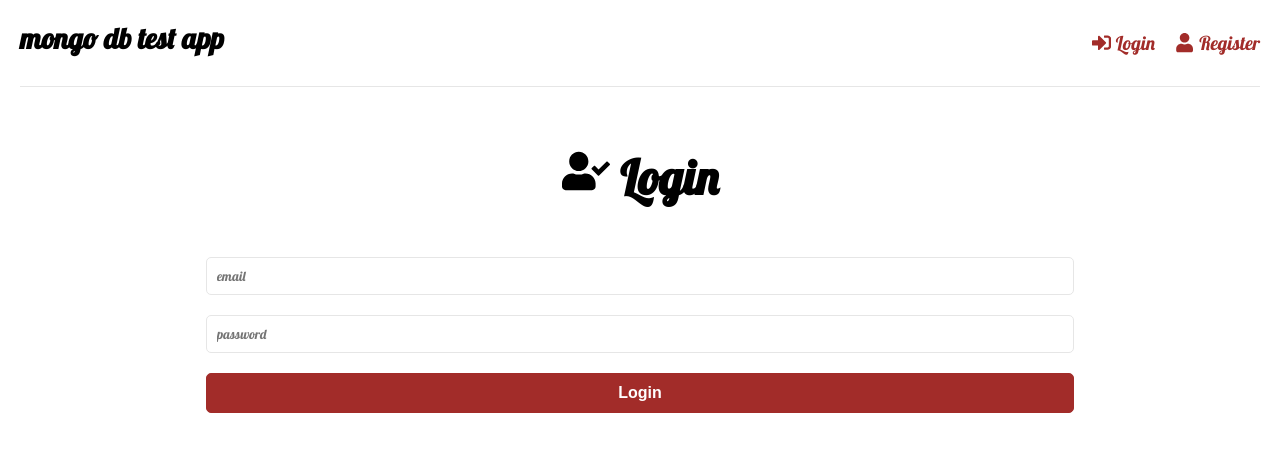
Repository: halilhaninan/MERNSTACK-Note-App
Page: / (app in frontend/)
An editor plug-in stored every save of this project. The page is shown before and after a run of saves, followed by the edit.
The browser window is 1280 px wide. The pictures show the whole page.
The project was rebuilt for these pictures with package versions that can differ from the ones it lists, and the page was loaded fresh each time. Also part of the build but not shown: frontend/src/Components/Spinner.jsx, frontend/src/Components/Not.jsx, frontend/src/pages/Register.jsx, frontend/src/features/counter/counterSlice.js, frontend/src/features/counter/counter.js, frontend/src/App.css.

Above is the page before, as saved 2022-09-03 10:48:49.

### frontend/src/index.js
import React from "react";
import ReactDOM from "react-dom";
import "./index.css";
import App from "./App";

import { store } from "./app/store";
import { Provider } from "react-redux";

// import { createStore } from "redux";
// import { Provider } from "react-redux";
// import butunRreducerler from "./reducers";

// const hesapla = (state = 0, action) => {
//   switch (action.type) {
//     case "topla":
//       return state + 1;
//     case "cikar":
//       return state - 1;
//     default:
//       return state;
//   }
// };

// let store = createStore(
//   butunRreducerler,
//   window.__REDUX_DEVTOOLS_EXTENSION__ && window.__REDUX_DEVTOOLS_EXTENSION__()
// );

// store.subscribe(() => console.log(store.getState()));
//const root = ReactDOM.createRoot(document.getElementById("root"));
ReactDOM.render(
  <Provider store={store}>
    <App />
  </Provider>,
  document.getElementById("root")
);

// If you want to start measuring performance in your app, pass a function
// to log results (for example: reportWebVitals(console.log))
// or send to an analytics endpoint. Learn more: https://bit.ly/CRA-vitals

### frontend/src/index.css
@import url("https://fonts.googleapis.com/css2?family=Lobster&display=swap");

* {
  margin: 0;
  padding: 0;
  box-sizing: border-box;
}

body {
  font-family: "Lobster", cursive;
  height: 100vh;
  font-size: larger;
}

a {
  text-decoration: none;
  color: #000;
}

p {
  line-height: 1.7;
}

ul {
  list-style: none;
}

li {
  line-height: 2.2;
}

h1,
h2,
h3 {
  font-weight: 600;
  margin-bottom: 10px;
}

.container {
  width: 100%;
  max-width: 1500px;
  margin: 0 auto;
  padding: 0 20px;
  text-align: center;
}

.header {
  display: flex;
  justify-content: space-between;
  align-items: center;
  padding: 20px 0;
  border-bottom: 1px solid #e6e6e6;
  margin-bottom: 60px;
}

.header ul {
  display: flex;
  align-items: center;
  justify-content: space-between;
}

.header ul li {
  margin-left: 20px;
}

.header ul li a {
  display: flex;
  align-items: center;
  color: #a22c29;
}

.header ul li a:hover {
  color: #f27059;
}

.header ul li a svg {
  margin-right: 5px;
}

.heading {
  font-size: 2rem;
  font-weight: 700;
  margin-bottom: 50px;
  padding: 0 20px;
}

.heading p {
  color: #828282;
}

.notlar {
  display: grid;
  grid-template-columns: repeat(3, 1fr);
  gap: 10px;
}

.not {
  background-color: #f4f4f4;
  margin: 10px 0;
  padding: 20px 0 10px;
  position: relative;
}

.not .close {
  position: absolute;
  top: 10px;
  right: 15px;
  cursor: pointer;
  border: none;
  background: none;
}

.form,
.content {
  width: 70%;
  margin: 0 auto;
}

.form-group {
  margin-bottom: 10px;
}

.form-group input,
.form-group textarea,
.form-group select {
  width: 100%;
  padding: 10px;
  border: 1px solid #e6e6e6;
  border-radius: 5px;
  margin-bottom: 10px;
  font-family: inherit;
}

.form-group label {
  text-align: left;
  display: block;
  margin: 0 0 5px 3px;
}

.btn {
  padding: 10px 20px;
  border: 1px solid #a22c29;
  border-radius: 5px;
  background: #a22c29;
  color: #fff;
  font-size: 16px;
  font-weight: 700;
  cursor: pointer;
  text-align: center;
  appearance: button;
  display: flex;
  align-items: center;
  justify-content: center;
}

.btn svg {
  margin-right: 8px;
}

.btn-reverse {
  background: #fff;
  color: #000;
}

.btn-block {
  width: 100%;
  margin-bottom: 20px;
}

.btn-add {
  background: #34a0a4 !important;
  border: 1px solid #34a0a4;
}

.btn:hover {
  transform: scale(0.98);
}

.loadingSpinnerContainer {
  position: fixed;
  top: 0;
  right: 0;
  bottom: 0;
  left: 0;
  background-color: rgba(0, 0, 0, 0.5);
  z-index: 5000;
  display: flex;
  justify-content: center;
  align-items: center;
}

.loadingSpinner {
  width: 64px;
  height: 64px;
  border: 8px solid;
  border-color: #000 transparent #555 transparent;
  border-radius: 50%;
  animation: spin 1.2s linear infinite;
}

@keyframes spin {
  0% {
    transform: rotate(0deg);
  }
  100% {
    transform: rotate(360deg);
  }
}

@media (max-width: 960px) {
  .notlar {
    grid-template-columns: repeat(2, 1fr);
  }
}

@media (max-width: 600px) {
  .form {
    width: 90%;
  }

  .heading h1 {
    font-size: 2rem;
  }

  .heading p {
    font-size: 1.5rem;
  }

  .notlar {
    grid-template-columns: repeat(1, 1fr);
  }
}

### frontend/src/App.js
import { BrowserRouter as Router, Routes, Route } from "react-router-dom";
import Header from "./Components/Header";
import Dashboard from "./pages/Dashboard";
import Login from "./pages/Login";
import Register from "./pages/Register";

// import { useSelector, useDispatch } from "react-redux";
// import { girisYap, topla, cikar } from "./actions";

import { ToastContainer } from "react-toastify";
import "react-toastify/dist/ReactToastify.css";
import Counter from "./features/counter/counter";
import "./App.css";

function App() {
  // return (
  //   <div>
  //     <Counter />
  //   </div>
  // );
  return (
    <>
      <Router>
        <div className="container">
          <Header></Header>
          <Routes>
            <Route path="/" element={<Dashboard />} />
            <Route path="/register" element={<Register />} />
            <Route path="/login" element={<Login />} />
          </Routes>
        </div>
      </Router>
      <ToastContainer />
    </>
  );
  //
  //
  //
  // const giris = useSelector((state) => state.giris);
  // const hesapla = useSelector((state) => state.hesapla);
  // const dispatch = useDispatch();
  // return (
  //   <div className="app">
  //     {giris ? (
  //       <>
  //         {hesapla}
  //         <button onClick={() => dispatch(topla())}>+</button>
  //         <button onClick={() => dispatch(cikar())}>-</button>
  //       </>
  //     ) : (
  //       <>
  //         <h3>please sign in</h3>
  //         <button onClick={() => dispatch(girisYap())}>sign in</button>
  //       </>
  //     )}
  //   </div>
  // );
}

export default App;

### frontend/src/app/store.js
import { configureStore } from "@reduxjs/toolkit";

import authReducer from "../features/auth/authSlice";
import notReducer from "../features/data/dataSlice";

export const store = configureStore({
  reducer: {
    auth: authReducer,
    notlar: notReducer,
  },
});

// yeni not olustururken altta olan kod gibi dataslice olustur sonra store.js den import et reducer ile tanimla ++ data service olusturuluyor

// import { createSlice, createAsyncThunk } from "@reduxjs/toolkit";

// const initialState = {
//   notlar: [],
//   isHata: false,
//   isBasari: false,
//   isYkleniyor: false,
//   mesaj: "",
// };

// export const notSlice = createSlice({
//   name: "notlar",
//   initialState,
//   reducers: {
//     reset: (state) => initialState,
//   },
// });

// export const { reset }  = notSlice.actions;
// export default notSlice.reducer;

### frontend/src/Components/Header.jsx
import React from "react";
import { FaSignInAlt, FaSignOutAlt, FaUser, FaPen } from "react-icons/fa";
import { Link, useNavigate } from "react-router-dom";
import { useSelector, useDispatch } from "react-redux";
import { logout, reset } from "../features/auth/authSlice";

function Header() {
  const navigate = useNavigate();
  const dispatch = useDispatch();

  const { kullanici } = useSelector((state) => state.auth);

  const onLogout = () => {
    dispatch(logout());
    dispatch(reset());
    navigate("/login");
  };

  return (
    <header className="header">
      <h2>mongo db test app </h2>
      <div className="logo"></div>
      <ul>
        {kullanici ? (
          <>
            <li>
              <Link to="/">
                <FaPen /> Create Note
              </Link>
            </li>
            <li>
              <button className="btn" onClick={onLogout}>
                Logout{" "}
              </button>
            </li>
          </>
        ) : (
          <>
            <li>
              <Link to="/login">
                <FaSignInAlt /> Login
              </Link>
            </li>
            <li>
              <Link to="/register">
                <FaUser /> Register
              </Link>
            </li>
          </>
        )}
      </ul>
    </header>
  );
}

export default Header;

### frontend/src/pages/Dashboard.jsx
import React, { useEffect } from "react";

import { useNavigate } from "react-router-dom";
import { useSelector, useDispatch } from "react-redux";
import NotForm from "../Components/NotForm";
import { notlarGetir, reset } from "../features/data/dataSlice";
import Spinner from "../Components/Spinner";
import Not from "../Components/Not";

function Dashboard() {
  const navigate = useNavigate();
  const dispatch = useDispatch();
  const { kullanici } = useSelector((state) => state.auth);
  const { notlar, isYukleniyor, isHata, isBasari, mesaj } = useSelector(
    (state) => state.notlar
  );

  useEffect(() => {
    if (isHata) {
      console.log(mesaj);
    }

    if (!kullanici) {
      navigate("/login");
      console.log("halilhan");
    }
    dispatch(notlarGetir());
    return () => {
      dispatch(reset());
    };
  }, [kullanici, navigate, isHata, mesaj, dispatch]);

  if (isYukleniyor) {
    <Spinner />;
  }

  return (
    <>
      <section className="heading">
        <h1>Merhaba {kullanici && kullanici.kullaniciAd}</h1>
        <p>add note</p>
      </section>
      <NotForm />
      <section className="content">
        {notlar.length > 0 ? (
          <div className="notlar">
            {notlar.map((not) => (
              <Not key={not._id} not={not} />
            ))}
          </div>
        ) : (
          <h3>henuz not yerletisrmediniz</h3>
        )}
      </section>
    </>
  );
}

export default Dashboard;

### frontend/src/pages/Login.jsx
import React, { useState, useEffect } from "react";

import { FaUserCheck } from "react-icons/fa";
import { useSelector, useDispatch } from "react-redux";
import { useNavigate } from "react-router-dom";
import { toast } from "react-toastify";
import { login, reset } from "../features/auth/authSlice";
import Spinner from "../Components/Spinner";

function Login() {
  const navigate = useNavigate();
  const dispatch = useDispatch();

  const { kullanici, isHata, isBasari, isYukleniyor, mesaj } = useSelector(
    (state) => state.auth
  );

  const [formData, setFormData] = useState({
    email: "",
    parola: "",
  });

  const { email, parola } = formData;

  const onChange = (e) => {
    setFormData((prev) => ({
      ...prev,
      [e.target.name]: e.target.value,
    }));
  };

  const onSubmit = (e) => {
    e.preventDefault();
    // console.log(formData);

    const userData = { email, parola };
    dispatch(login(userData));
  };

  useEffect(() => {
    if (isHata) {
      toast.error(mesaj);
    }
    if (isBasari || kullanici) {
      navigate("/");
    }
  }, [kullanici, isHata, isBasari, mesaj, navigate, dispatch, isYukleniyor]);

  if (isYukleniyor) {
    <Spinner />;
  }

  return (
    <>
      <section className="heading">
        <h1>
          <FaUserCheck /> Login
        </h1>
      </section>
      <section className="form">
        <form onSubmit={onSubmit}>
          <div className="form-group">
            <input
              type="email"
              classname="form-control"
              id="email"
              name="email"
              value={email}
              placeholder="email"
              onChange={onChange}></input>
          </div>
          <div className="form-group">
            <input
              type="password"
              classname="form-control"
              id="parola"
              name="parola"
              value={parola}
              placeholder="password"
              onChange={onChange}></input>
          </div>

          <div className="form-group">
            <button type="submit" className="btn btn-block">
              Login
            </button>
          </div>
        </form>
      </section>
    </>
  );
}

export default Login;

### frontend/src/features/auth/authSlice.js
import { createAsyncThunk, createSlice } from "@reduxjs/toolkit";
import authService from "./authService";

const kullanici = JSON.parse(localStorage.getItem("kullanici"));

const initialState = {
  kullanici: kullanici ? kullanici : null,
  isHata: false,
  isBasari: false,
  isYukleniyor: false,
  mesaj: "",
};

export const register = createAsyncThunk(
  "auth/register",
  async (user, thunkAPI) => {
    try {
      return await authService.register(user);
    } catch (error) {
      const mesaj =
        (error.response &&
          error.response.data &&
          error.response.data.message) ||
        error.message ||
        error.toString();

      return thunkAPI.rejectWithValue(mesaj);
    }
  }
);

export const authSlice = createSlice({
  name: "auth",
  initialState,
  reducers: {
    reset: (state) => {
      state.isHata = false;
      state.isBasari = false;
      state.isYukleniyor = false;
      state.mesaj = "";
    },
  },
  extraReducers: (builder) => {
    builder
      .addCase(register.pending, (state) => {
        state.isYukleniyor = true;
      })
      .addCase(register.fulfilled, (state, action) => {
        state.isYukleniyor = false;
        state.isBasari = true;
        state.kullanici = action.payload;
      })
      .addCase(register.rejected, (state, action) => {
        state.isYukleniyor = false;
        state.isHata = true;
        state.mesaj = action.payload;
        state.kullanici = null;
      }) //
      .addCase(login.pending, (state) => {
        state.isYukleniyor = true;
      })
      .addCase(login.fulfilled, (state, action) => {
        state.isYukleniyor = false;
        state.isBasari = true;
        state.kullanici = action.payload;
      })
      .addCase(login.rejected, (state, action) => {
        state.isYukleniyor = false;
        state.isHata = true;
        state.mesaj = action.payload;
        state.kullanici = null;
      })
      .addCase(logout.fulfilled, (state) => {
        state.kullanici = null;
      });
  },
});

export const logout = createAsyncThunk("auth/logout", async () => {
  await authService.logout();
});

export const login = createAsyncThunk("auth/login", async (user, thunkAPI) => {
  try {
    return await authService.login(user);
  } catch (error) {
    const mesaj =
      (error.response && error.response.data && error.response.data.message) ||
      error.message ||
      error.toString();

    return thunkAPI.rejectWithValue(mesaj);
  }
});

export const { reset } = authSlice.actions;
export default authSlice.reducer;

### frontend/src/features/data/dataSlice.js
import { createSlice, createAsyncThunk } from "@reduxjs/toolkit";
import thunk from "redux-thunk";
import dataService from "./dataService";

const initialState = {
  notlar: [],
  isHata: false,
  isBasari: false,
  isYukleniyor: false,
  mesaj: "",
};

export const notSlice = createSlice({
  name: "notlar",
  initialState,
  reducers: {
    reset: (state) => initialState,
  },
  extraReducers: (builder) => {
    builder
      .addCase(notOlustur.pending, (state) => {
        state.isYukleniyor = true;
      })
      .addCase(notOlustur.fulfilled, (state, action) => {
        state.isYukleniyor = false;
        state.isBasari = true;
        state.notlar.unshift(action.payload);
      })
      .addCase(notOlustur.rejected, (state, action) => {
        state.isYukleniyor = false;
        state.isHata = true;
        state.isBasari = false;
        state.mesaj = action.payload;
      })
      .addCase(notlarGetir.pending, (state) => {
        state.isYukleniyor = true;
      })
      .addCase(notlarGetir.fulfilled, (state, action) => {
        state.isYukleniyor = false;
        state.isBasari = true;
        state.notlar = action.payload;
      })
      .addCase(notlarGetir.rejected, (state, action) => {
        state.isYukleniyor = false;
        state.isBasari = false;
        state.isHata = true;
        state.mesaj = action.payload;
      })
      .addCase(notSil.pending, (state) => {
        state.isYukleniyor = true;
      })
      .addCase(notSil.fulfilled, (state, action) => {
        state.isYukleniyor = false;
        state.isBasari = true;
        state.notlar = state.notlar.filter(
          (not) => not._id !== action.payload.id
        );
      })
      .addCase(notSil.rejected, (state, action) => {
        state.isYukleniyor = false;
        state.isBasari = false;
        state.isHata = true;
        state.mesaj = action.payload;
      });
  },
});

export const notOlustur = createAsyncThunk(
  "notlar/create",
  async (notData, thunkAPI) => {
    try {
      const token = thunkAPI.getState().auth.kullanici.token;
      return await dataService.notOlustur(notData, token);
    } catch (error) {
      const mesaj =
        (error.response &&
          error.response.data &&
          error.response.data.message) ||
        error.message ||
        error.toString();

      return thunkAPI.rejectWithValue(mesaj);
    }
  }
);

export const notlarGetir = createAsyncThunk(
  "notlar/getAll",
  async (_, thunkAPI) => {
    try {
      const token = thunkAPI.getState().auth.kullanici.token;
      return await dataService.notlarGetir(token);
    } catch (error) {
      const mesaj =
        (error.response &&
          error.response.data &&
          error.response.data.message) ||
        error.message ||
        error.toString();

      return thunkAPI.rejectWithValue(mesaj);
    }
  }
);

export const notSil = createAsyncThunk(
  "notlar/delete",
  async (id, thunkAPI) => {
    try {
      const token = thunkAPI.getState().auth.kullanici.token;
      return await dataService.notSil(id, token);
    } catch (error) {
      const mesaj =
        (error.response &&
          error.response.data &&
          error.response.data.message) ||
        error.message ||
        error.toString();

      return thunkAPI.rejectWithValue(mesaj);
    }
  }
);

export const { reset } = notSlice.actions;
export default notSlice.reducer;

### frontend/src/Components/NotForm.jsx
import React, { useState } from "react";
import { useDispatch } from "react-redux";
import { notOlustur } from "../features/data/dataSlice";

function NotForm() {
  const [baslik, setBaslik] = useState("");
  const [aciklama, setAciklama] = useState("");
  const [oncelik, setOncelik] = useState("");

  const dispatch = useDispatch();

  const onSubmit = (e) => {
    e.preventDefault();
    // console.log(baslik, aciklama, oncelik);
    dispatch(notOlustur({ baslik, aciklama, oncelik }));
    setBaslik("");
    setAciklama("");
    setOncelik(1);
  };

  return (
    <section className="form">
      <form onSubmit={onSubmit}>
        <div className="form-group">
          <label htmlFor="baslik">Not baslik</label>
          <input
            type="text"
            id="baslik"
            name="baslik"
            value={baslik}
            onChange={(e) => setBaslik(e.target.value)}
          />
        </div>
        <div className="form-group">
          <label htmlFor="aciklama">Not aciklama</label>
          <input
            type="text"
            id="aciklama"
            name="aciklama"
            value={aciklama}
            onChange={(e) => setAciklama(e.target.value)}
          />
        </div>
        <div className="form-group">
          <label htmlFor="oncelik">Not oncelik</label>
          <select onChange={(e) => setOncelik(e.target.value)} value={oncelik}>
            <option value="1">Az oncelikli</option>
            <option value="2">oncelikli</option>
            <option value="3">Cok oncelikli</option>
          </select>
        </div>
        <div className="form-group">
          <button type="submit" className="btn btn-block btn-add">
            Not ekle
          </button>
        </div>
      </form>
    </section>
  );
}

export default NotForm;

### frontend/src/features/auth/authService.js
import axios from "axios";

const API_URL = "/api/kullanicilar/";

const register = async (kullaniciData) => {
  const response = await axios.post(API_URL, kullaniciData);

  if (response.data) {
    localStorage.setItem("kullanici", JSON.stringify(response.data));
  }

  return response.data;
};

const logout = () => {
  localStorage.removeItem("kullanici");
};

const login = async (kullaniciData) => {
  const response = await axios.post(API_URL + "login", kullaniciData);
  if (response.data) {
    localStorage.setItem("kullanici", JSON.stringify(response.data));
  }

  return response.data;
};

const authService = {
  register,
  logout,
  login,
};

export default authService;

### frontend/src/features/data/dataService.js
import axios from "axios";

const API_URL = "/api/notlar/";

const notOlustur = async (notData, token) => {
  const config = {
    headers: {
      Authorization: `Bearer ${token}`,
    },
  };
  const response = await axios.post(API_URL, notData, config);

  return response.data;
};

const notlarGetir = async (token) => {
  const config = {
    headers: {
      Authorization: `Bearer ${token}`,
    },
  };
  const response = await axios.get(API_URL, config);
  return response.data;
};

const notSil = async (notId, token) => {
  const config = {
    headers: {
      Authorization: `Bearer ${token}`,
    },
  };

  const response = await axios.delete(API_URL + notId, config);

  return response.data;
};

const dataService = {
  notOlustur,
  notlarGetir,
  notSil,
};

export default dataService;

Loaded but not shown: frontend/public/index.html (common file)

After the next 2 saves:
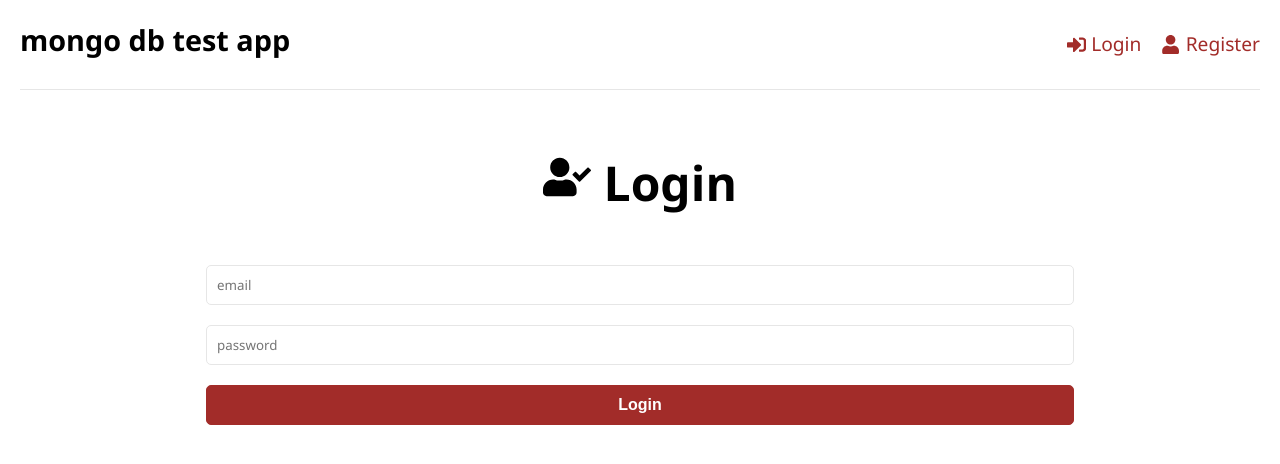
The 2 saves are shown as one change because they came seconds apart.
The last was saved 31 s later.
--- a/frontend/src/index.css
+++ b/frontend/src/index.css
@@ -7,7 +7,7 @@
 }
 
 body {
-  font-family: "Lobster", cursive;
+  font-family: "Segoe UI", Tahoma, Geneva, Verdana, sans-serif;
   height: 100vh;
   font-size: larger;
 }
